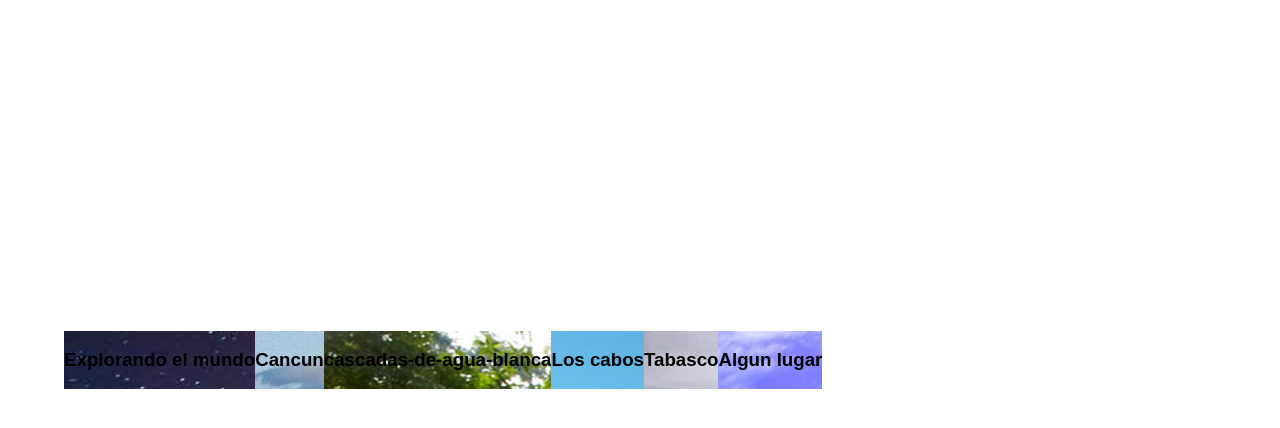
Repository: ElideZavala/Tarjetas-de-Imagenes
Page: index.html
These files come from the project's save history. The page is drawn as it stood at one moment and after the next save; the edit follows.
The browser window is 1280 px wide. The pictures show the whole page.
Some web fonts or font styles are not loaded; a fallback is used.

Above is the page before, as saved 2021-05-27 09:06:01.
Not found: script.js

After the next save:
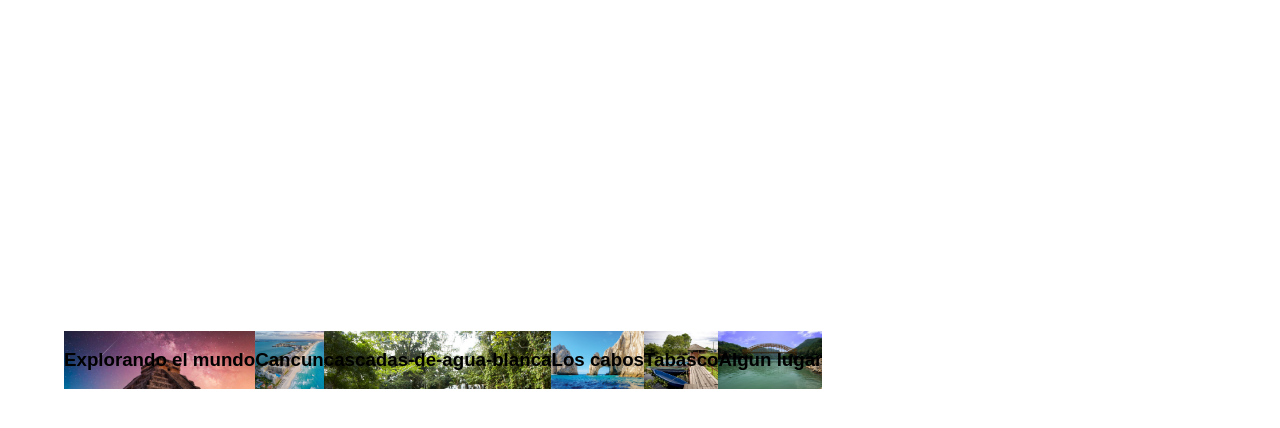
Saved 100 s later.
--- a/style.css
+++ b/style.css
@@ -19,3 +19,7 @@ body {
 	display: flex;
 	width: 90vw;
 }
+
+.panel {
+	background-size: cover;
+}
